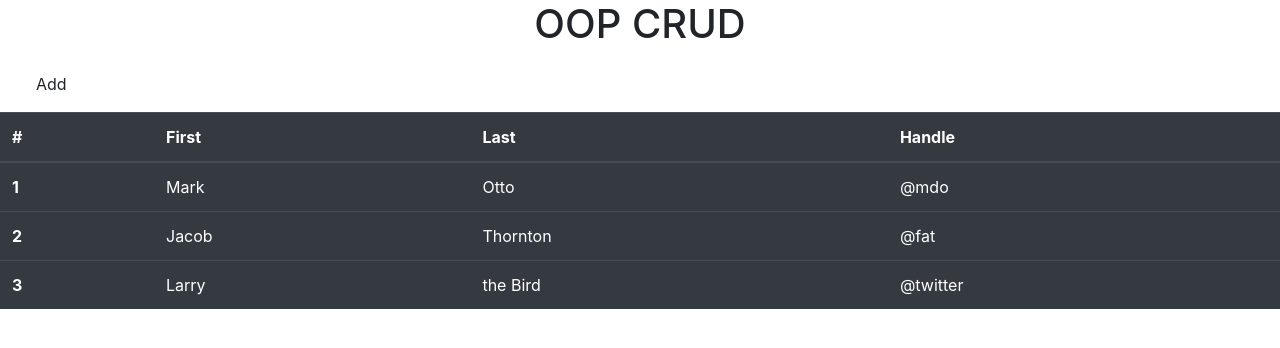
Repository: DhananjayaLakshan/PHP_CRUD_OOP1
Page: index.html
The author's editor kept a copy of each file at every save. The page is drawn from the files as they stood at one save, then again after the next save.
The browser window is 1280 px wide. The pictures show the whole page.

Above is the page before, as saved 2023-11-30 10:56:18.

### index.html
<!DOCTYPE html>
<html lang="en">
<head>
    <meta charset="UTF-8">
    <meta name="viewport" content="width=device-width, initial-scale=1.0">
    <title>CRUD OOP</title>
    <link rel="stylesheet" href="https://cdn.jsdelivr.net/npm/bootstrap@4.5.3/dist/css/bootstrap.min.css" integrity="sha384-TX8t27EcRE3e/ihU7zmQxVncDAy5uIKz4rEkgIXeMed4M0jlfIDPvg6uqKI2xXr2" crossorigin="anonymous">
    <link rel="stylesheet" href="style.css">
    <script src="script.js"></script>
</head>
<body>

    <h1 style="text-align: center;">OOP CRUD</h1>

    <a href="#"><button class="btn addButton" id="addButton">Add</button></a>

    <table class="table table-dark">
        <thead>
          <tr>
            <th scope="col">#</th>
            <th scope="col">First</th>
            <th scope="col">Last</th>
            <th scope="col">Handle</th>
          </tr>
        </thead>
        <tbody>
          <tr>
            <th scope="row">1</th>
            <td>Mark</td>
            <td>Otto</td>
            <td>@mdo</td>
          </tr>
          <tr>
            <th scope="row">2</th>
            <td>Jacob</td>
            <td>Thornton</td>
            <td>@fat</td>
          </tr>
          <tr>
            <th scope="row">3</th>
            <td>Larry</td>
            <td>the Bird</td>
            <td>@twitter</td>
          </tr>
        </tbody>
      </table>

    <script src="https://code.jquery.com/jquery-3.5.1.slim.min.js" integrity="sha384-DfXdz2htPH0lsSSs5nCTpuj/zy4C+OGpamoFVy38MVBnE+IbbVYUew+OrCXaRkfj" crossorigin="anonymous"></script>
    <script src="https://cdn.jsdelivr.net/npm/bootstrap@4.5.3/dist/js/bootstrap.bundle.min.js" integrity="sha384-ho+j7jyWK8fNQe+A12Hb8AhRq26LrZ/JpcUGGOn+Y7RsweNrtN/tE3MoK7ZeZDyx" crossorigin="anonymous"></script>
</body>
</html>

### style.css
.addButton {
    padding: 5px 25px;
    margin: 10px;

}

Loaded but not shown: script.js (no stored copy; drawn as an empty file)

After the next save:
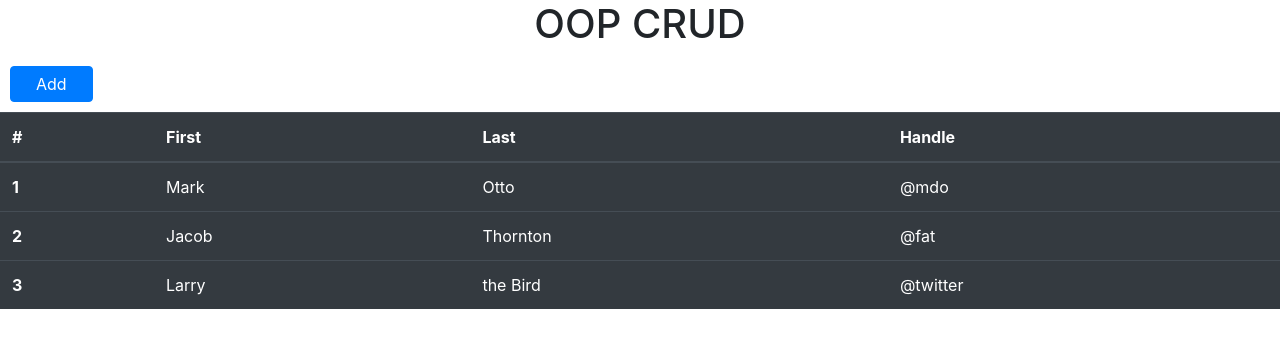
Saved 16 s later.
--- a/index.html
+++ b/index.html
@@ -12,7 +12,7 @@
 
     <h1 style="text-align: center;">OOP CRUD</h1>
 
-    <a href="#"><button class="btn addButton" id="addButton">Add</button></a>
+    <a href="#"><button class="btn btn-primary addButton" id="addButton">Add</button></a>
 
     <table class="table table-dark">
         <thead>
